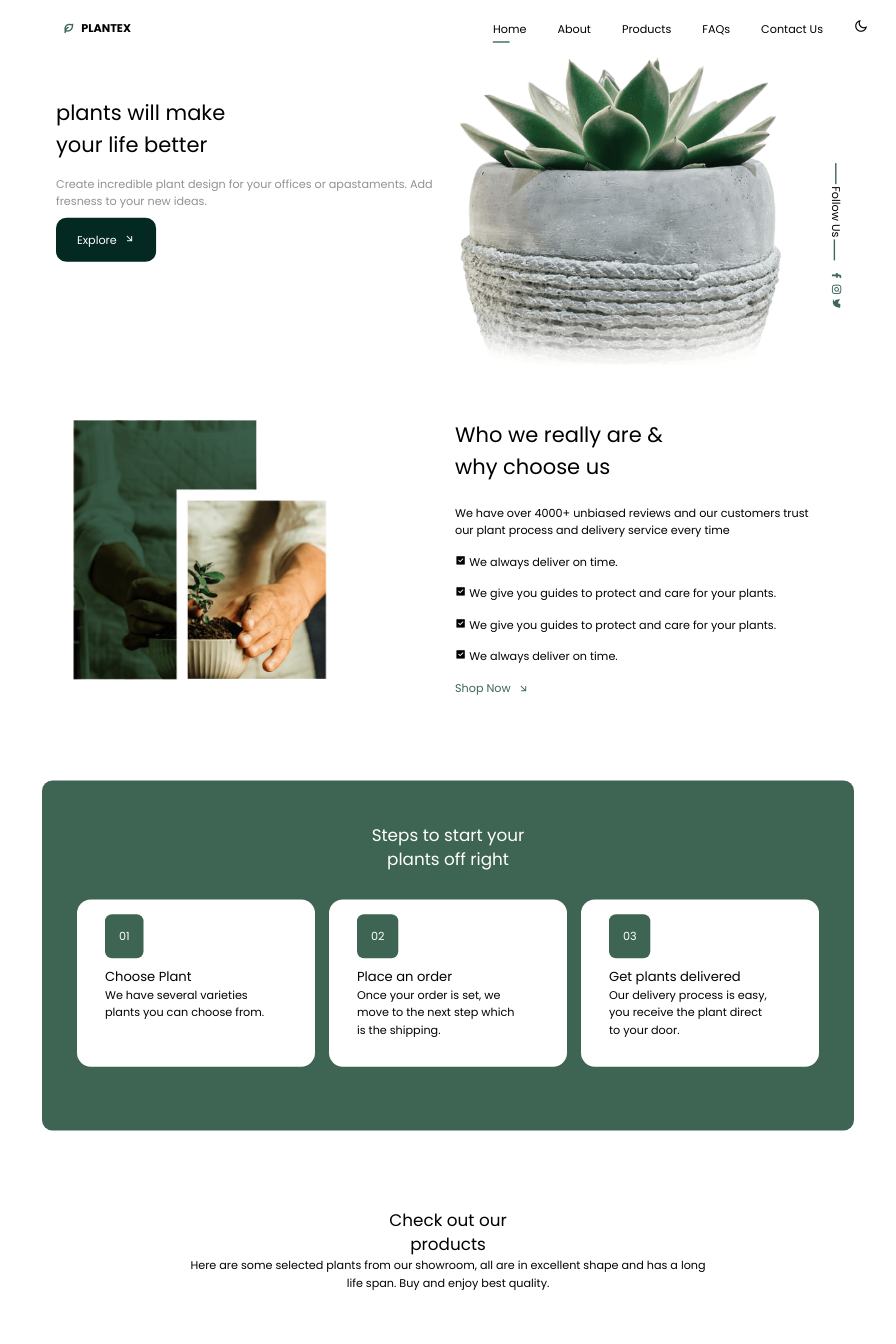
Repository: OmniaRafat232111121/plantwebsite
Page: index.html
These files come from the project's save history. The page is drawn as it stood at one moment and after the next save; the edit follows.
The browser window is 1280 px wide. The pictures show the part of the page from y = 0 to 1920 px (the page is 3393 px tall), at 70% of full size.

Above is the page before, as saved 2023-01-05 15:03:21.

After the next save:
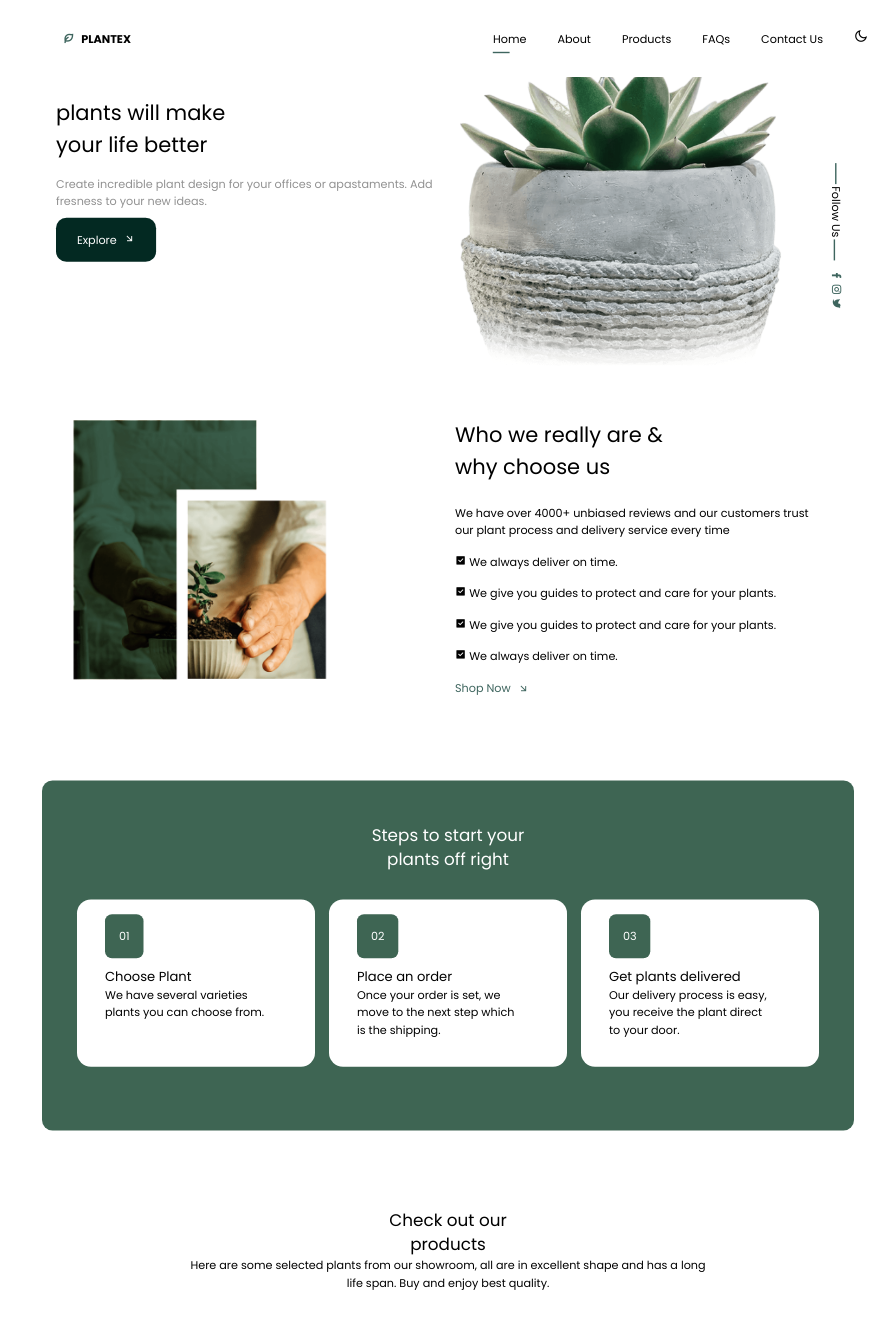
Saved 4 s later.
--- a/assets/css/styles.css
+++ b/assets/css/styles.css
@@ -3,9 +3,7 @@
 
 /*=============== VARIABLES CSS ===============*/
 :root {
-  --header-height: 3.5rem; /*56px*/
-
-  /*========== Colors ==========*/
+
   /*Color mode HSL(hue, saturation, lightness)*/
   --black:#000;
   --green:#3e655e;
